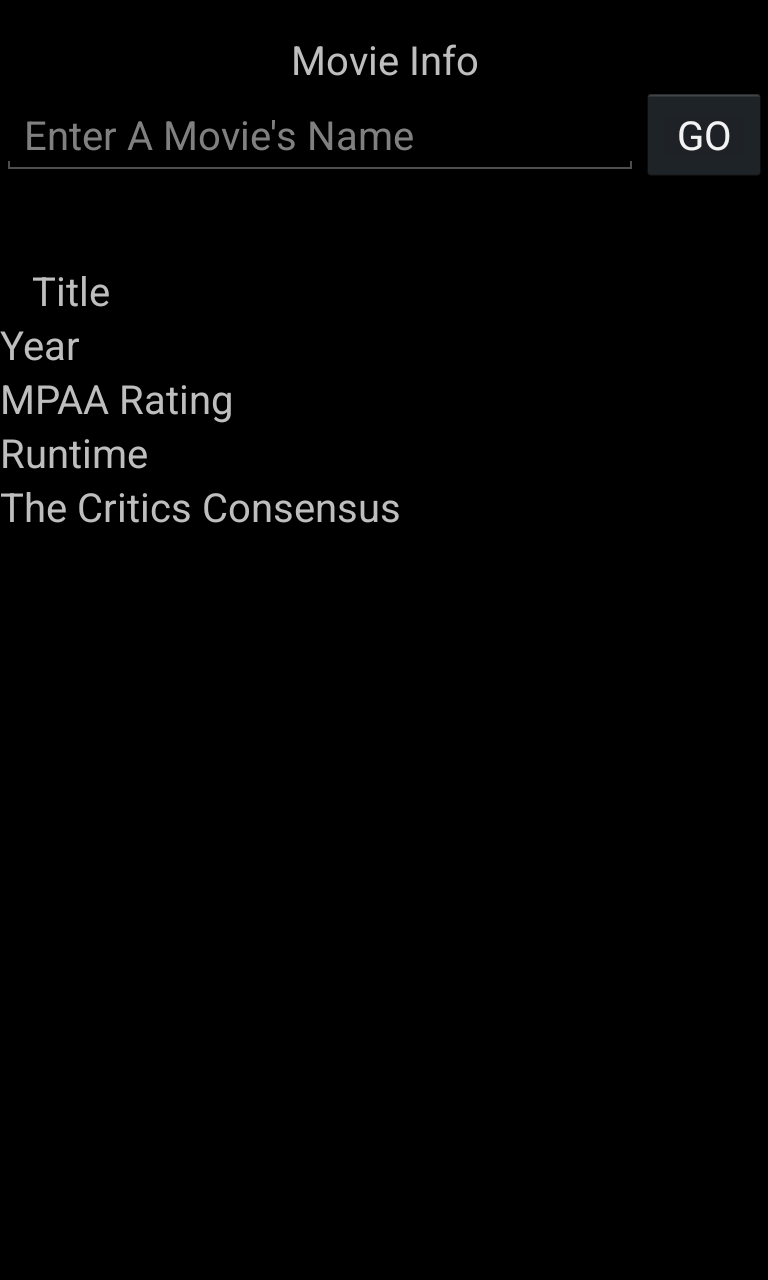
Repository: brandonfyia/Android
Layout: Java2/res/layout/main.xml
These files come from the project's save history. The layout is drawn as it stood at one moment and after the next save; the edit follows.
It is drawn on a 768 x 1280 px phone screen (xhdpi) without system bars, with theme AppTheme; the app's code is not run.

Above is the layout before, as saved 2013-06-12 01:35:06.

After the next save:
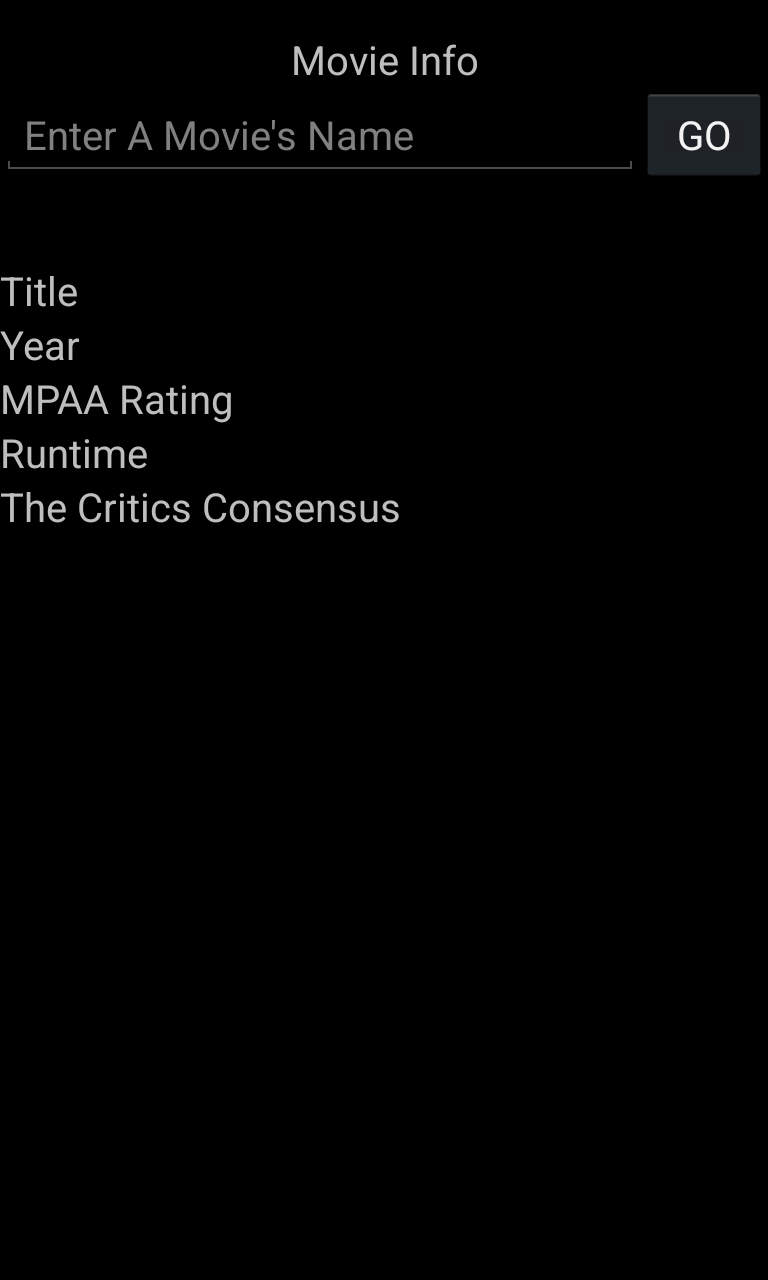
Saved 2 min 3 s later.
--- a/Java2/res/layout/main.xml
+++ b/Java2/res/layout/main.xml
@@ -46,9 +46,7 @@
         android:columnCount="2" >
 
         <TextView
-            android:paddingLeft="16dip"
             android:text="@string/title" />
-
         <TextView
             android:id="@+id/titleTV"/>
         <TextView
